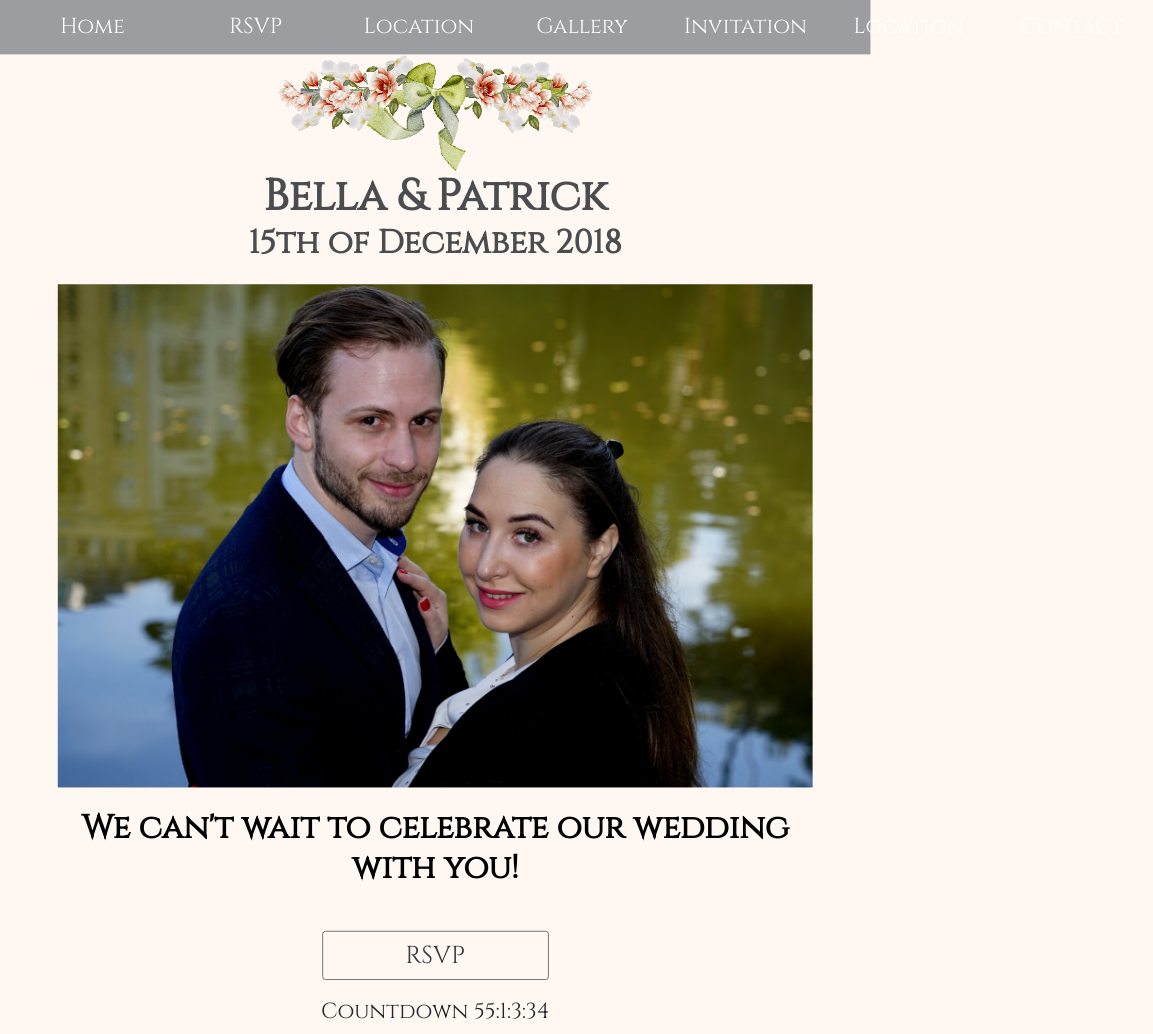
Repository: PMeiler/weddingApp
Page: http://localhost/
The author's editor kept a record of every edit. The page is drawn from the files as they stood at one moment, then again after the next edit.
The browser window is 1280 px wide. The page is 1696 px wide, so the pictures cover 1696 px, including what lies to the right of the window. The pictures show the whole page, at 68% of full size.
Some web fonts or font styles are not loaded; a fallback is used. The page is served by the project's Node server (index.js). Other server files are loaded and not shown.

Above is the page before.

### views/public/index.ejs
<% include partials/header %>


	<div class="container" style="margin:2rem auto;">
		<img src="pic4.jpeg" class="img-fluid" alt="Responsive image">
	</div>

	<div class="container">
		<h1 class="display-4" id="titleLine" style="font-size:3rem;color:black">We can't wait to celebrate our wedding with you!</h1>
	</div>

	<div class="jumbotron jumbotron-fluid">
		<div class="container">
			<form action="./form" method="GET" id="RSVPFRM" style="width:30%; margin:0 auto;">
				<div class="form-group">
					<button style="width:100%;margin:0 auto;" class="btn btn-outline-dark btn-lg" type="submit" id="RSVP">RSVP</button>
				</div>
			</form>
		</div>
	</div>

<% include partials/footer %>

### views/public/partials/header.ejs
<!DOCTYPE html>
<html>
<head>
	<title>From Grinberg to Meiler</title>
	<link rel="stylesheet" href="https://stackpath.bootstrapcdn.com/bootstrap/4.1.3/css/bootstrap.min.css" integrity="sha384-MCw98/SFnGE8fJT3GXwEOngsV7Zt27NXFoaoApmYm81iuXoPkFOJwJ8ERdknLPMO" crossorigin="anonymous">

	<!-- <link href="https://fonts.googleapis.com/css?family=Great+Vibes&amp;subset=latin-ext" rel="stylesheet">  -->
  	<link rel="stylesheet" href="CSS/style.css">
<link href="https://fonts.googleapis.com/css?family=Charmonman|Cinzel|Comfortaa|Dancing+Script|KoHo" rel="stylesheet">

</head>
<body>
<script src="Javascript/script.js"></script>



<nav class="navbar navbar-expand-lg navbar-dark bg-dark" id="navcolor">

  <button style="border-color:white;border-width:2px;height:4rem;font-size:2rem;" class="navbar-toggler" type="button" data-toggle="collapse" data-target="#navbarSupportedContent" aria-controls="navbarSupportedContent" aria-expanded="false" aria-label="Toggle navigation">
    <span style="color:white;" class="navbar-toggler-icon"></span>
  </button>
  	  <div class="collapse navbar-collapse" id="navbarSupportedContent">
	    <ul class="navbar-nav" style="margin:0 auto">
	      <li class="nav-item active">
	        <a class="nav-link" href="/">Home</a>
	      </li>
	      <li class="nav-item">
	        <a class="nav-link" href="./form">RSVP</a>
	      </li>
	       <li class="nav-item">
	        <a class="nav-link" href="./location">Location</a>
	      </li>
	      <li class="nav-item">
	        <a class="nav-link" href="./galery">Gallery</a>
	      </li>
	      <li class="nav-item">
	        <a class="nav-link" href="./invitation">Invitation</a>
	      </li>
	      <li class="nav-item">
	        <a class="nav-link" href="./location">Location</a>
	      </li>
	      <li class="nav-item">
	        <a class="nav-link" href="./hotelinfo">Contact</a>
	      </li>
	    </ul>
  </div>



</nav>

  	<div class="container">
			<img id="headofsite" src="blumen.png">
			<h1 class="display-4" id="titleLine" style="font-size:4rem;">Bella & Patrick</h1>
			<h1 class="display-4" id="titleLine" style="font-size:3rem;">15th of December 2018 </h1>
	</div>

### views/public/partials/footer.ejs
	<div class="cntdwn">
		<span class="countdown"></span>
	</div>
</div>


<script src="https://code.jquery.com/jquery-3.3.1.slim.min.js" integrity="sha384-q8i/X+965DzO0rT7abK41JStQIAqVgRVzpbzo5smXKp4YfRvH+8abtTE1Pi6jizo" crossorigin="anonymous"></script>
<script src="https://cdnjs.cloudflare.com/ajax/libs/popper.js/1.14.3/umd/popper.min.js" integrity="sha384-ZMP7rVo3mIykV+2+9J3UJ46jBk0WLaUAdn689aCwoqbBJiSnjAK/l8WvCWPIPm49" crossorigin="anonymous"></script>
<script src="https://stackpath.bootstrapcdn.com/bootstrap/4.1.3/js/bootstrap.min.js" integrity="sha384-ChfqqxuZUCnJSK3+MXmPNIyE6ZbWh2IMqE241rYiqJxyMiZ6OW/JmZQ5stwEULTy" crossorigin="anonymous"></script>
<script src="Javascript/scriptform.js"></script>
</body>
</html>

### index.js
var express = require("express");
var mongoose = require("mongoose");
var bodyParser = require("body-parser");
var Guest = require("./models/Guest.js")
var app = express();
var PORT = process.env.PORT || 3000;

const CONN_STRING3 = "mongodb://pmeiler:Axion912@ds237373.mlab.com:37373/weddingapp"
const CONN_STRING2 = "mongodb+srv://daedalus87:3LGrFX2olvYwoDLz!A1A2A3@cluster0-ms8bj.mongodb.net/test?retryWrites=true"
const CONN_STRING = "mongodb://daedalus87:3LGrFX2olvYwoDLz!A1A2A3@cluster0-shard-00-00-ms8bj.mongodb.net:27017,cluster0-shard-00-01-ms8bj.mongodb.net:27017,cluster0-shard-00-02-ms8bj.mongodb.net:27017/test?ssl=true&replicaSet=Cluster0-shard-0&authSource=admin&retryWrites=true"
app.set("view engine","ejs");
mongoose.connect(CONN_STRING3);
app.use(express.static(__dirname+"/public"));
app.use(bodyParser.urlencoded({extended: false}));

//GET-INDEX
app.get("/",function(req,res){
	res.render("./public/index")
});

//GET-ROUTE to find Form
app.get("/form",function(req,res){
	res.render("./public/form");
});

//POST-ROUTE for saving the rsvp Data
app.post("/form",function(req,res){

	var name = req.body.name;
	var numb = req.body.numb;
	var email = req.body.email;
	var tel = req.body.tel;
	var coming = req.body.coming;
	var guests = "";
	for(var i=0;i<=numb-2;i++){
		guests = guests + req.body["gname" + i] + "  // ";
	}
	Guest.create({
				name:name,
			    number: numb,
			    email: email,
			    tel:tel,
			    coming:coming,
			    guests:guests
				},function(err,guest){
					if(err){
						console.log(err);
						res.render("/form",{message:"Fehler"})
					}else{
						console.log(guest);
						res.redirect("/thanks");
					}
				});
	console.log(req.body);
	console.log(name+ " " + numb + " " + email +" " + tel + " " + coming);

});

//Contact
app.get("/hotelinfo",function(req,res){
	res.render("./public/contact");
});

//admin
app.get("/pasjimasjiadmin",function(req,res){
	Guest.find({coming:"coming"}, function(err,guest){
		if(err){
			res.status(404).send(err);
		}else{
			res.render("./public/admin",{guest:guest});
		}
	});

});

//galery
app.get("/galery",function(req,res){
	res.render("./public/galery");
});

//galery
app.get("/thanks",function(req,res){
	res.render("./public/thanks");
});


//invitation
app.get("/invitation",function(req,res){
	res.render("./public/invitation");
});


//location
app.get("/location",function(req,res){
	res.render("./public/location");
});

//

app.listen(PORT, function(){
	console.log("Server is listening on " + PORT);
	console.log(__dirname);
});

### public/CSS/style.css
body{
	background:rgba(255,245,238,0.8);
    font-size: 12px;
   	font-family: 'Cinzel', serif;

}

#navcolor{
	background-color:rgba(155, 157, 160,1) !important;
}

#titleLine{
	text-align: center;
	color:rgba(74, 76, 79,1);
	font-size: 6rem;
	margin-top: 0rem;
	margin-bottom: 0rem;
}

#header{
	color:rgba(74, 76, 79,1);
	text-align: center;
	font-size: 3rem;
	font-weight: bold;
	margin-top: 0.01em;
}

.row.display-flex {
  display: flex;
  flex-wrap: wrap;
}
.thumbnail {
  height: 100%;
}

#RSVPFRM{
	justify-content:center;
	margin:0 auto;
}

#navcenter{
	margin-left: 37%;
	margin-top: 0.4%;
}


#RSVP{
	justify-content: center;
	margin: auto;
	/*height: auto;
	width: 200px;*/
	font-size: 300%;
}

.testy{
	height:50px;
	width:50px;
}

#navbarID{
	background: rgba(50,50,50,0.8) !important;
}

.navmenu {
	 margin: 0 auto;
}
#slight{
	margin-top: 4rem;
}
.nav-link{
	color: rgba(255, 255, 255,1) !important;
	font-size: 2rem;
	display: flex;
	justify-content: center;
}

.img-thumbnail{
	padding: 0rem;
	margin-top: 1rem;
	border: 0px solid #dee2e6;
	border-radius: 0rem;
	max-width: 100%;
	height: auto;
	margin: 0 auto;
	object-fit: cover;
}

.col-sm{
	padding-left: 0px;
	padding-right: 0px;
}

.jumbotron.jumbotron-fluid{
	background: transparent;
	color: black;
	/*margin:0 auto;*/
	margin-bottom: -5rem;

}

.display-4{
	color:purple;
}



.cntdwn{
	margin-top: 1.75%;
	margin-bottom: auto;
	align-items: center;
	display: flex;
	justify-content: center;
	font-size: 2rem;
	text-align: center;
}

#textali{
	text-align: center;
	font-size: 2rem;
	margin-top: 1em;
	font-family: 'KoHo', sans-serif;
}


.nav-link:hover{
	color: black !important;
}

#headofsite{
	margin-left: auto;
	margin-right: auto;
	display: block;
}
.former{
	margin-top: 200px;
}
.form-control{
	font-size:1.5rem;
}
#cont{
	position: center;
	margin-top: 3%;
	height: 37em;
	color: white;
	border: 0.1px solid grey;
	border-radius: 5rem;
}

#radiobtn{
	font-size: 1.5rem;
}

#cont2{
	position: center;
	margin-top: 3%;
	height: 38rem;
	color: white;
	border: 0.1px solid grey;
	border-radius: 5rem;
}

.jumbotron{
	background-color: rgba(0,0,0,0.4);
}

.display-4{
	color:white;
	font-weight: bold;
	text-align: center;
}

.lead{
	font-size: 150%;
	text-align: center;
}

.nav.nav-center {
    margin:0;
    float:none;
}

.navbar-inner{
    text-align:center;
}


.nav.navbar-nav {
	display: flex;
	justify-content: center;
	flex-wrap: wrap;

}
@media (min-width: 768px) {
	.navbar-nav {
		float: none;
	}
}
li{
	margin: 0 auto;
	width:20em;
}

### public/Javascript/script.js
//alert("test")
//var endDat = new Date("December 15,2018,18:00:00");

window.setInterval(function(){
 var timeObj = getTimes(new Date("December 15,2018,18:00:00"),new Date());
 $(".countdown").text("Countdown " + timeObj.days + ":" + timeObj.hours + ":" + timeObj.minutes + ":" + timeObj.seconds);
 //console.log(timeObj.hours + ":" + timeObj.minutes + ":" + timeObj.seconds );
}, 1000);



function getTimes(endDate, startDate){
	var delta = Math.abs(endDate - startDate) / 1000;
	// calculate (and subtract) whole days
	var days = Math.floor(delta / 86400);
	delta -= days * 86400;
	// calculate (and subtract) whole hours
	var hours = Math.floor(delta / 3600) % 24;
	delta -= hours * 3600;
	// calculate (and subtract) whole minutes
	var minutes = Math.floor(delta / 60) % 60;
	delta -= minutes * 60;
	// what's left is seconds
	var seconds = Math.floor(delta % 60);  // in theory the modulus is not required

	var timeObj = {
					days:
						days,
					hours:
						hours,
					minutes:
					   	minutes,
					seconds:
					   	seconds
				   	};
	return timeObj;
}

### public/Javascript/scriptform.js
//alert("test")
//var endDat = new Date("December 15,2018,18:00:00");


$("#numb").change(function(){
	$(".addedItem").remove();
	var numbVal = $("#numb").val();
	if(numbVal>1){
		numbVal-=1;
		var content = "";
		console.log("Loop begins:")
		for(var i=0;i<=numbVal-1;i++){
			content = "<div class='form-group'> ";
			content = content + "<input class='form-control addedItem' type='text' name='gname" + i + "' placeholder='First Name and Last Name' required>";
			content=content + " </div>";
			$("#numbGroup").before(content);
		}
	}

});

After the next edit:
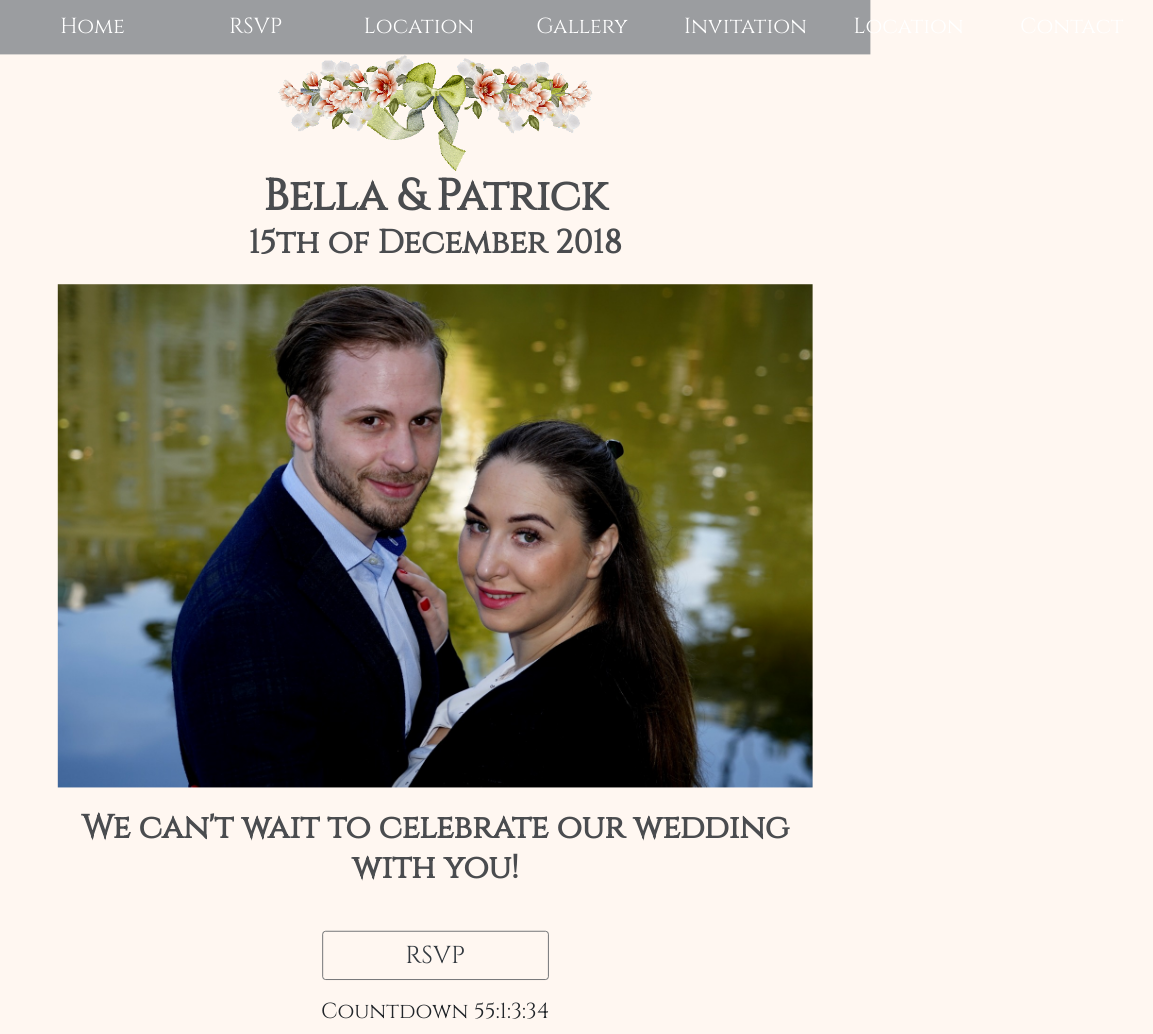
The edit:
--- a/views/public/index.ejs
+++ b/views/public/index.ejs
@@ -6,7 +6,7 @@
 	</div>
 
 	<div class="container">
-		<h1 class="display-4" id="titleLine" style="font-size:3rem;color:black">We can't wait to celebrate our wedding with you!</h1>
+		<h1 class="display-4" id="titleLine" style="font-size:3rem">We can't wait to celebrate our wedding with you!</h1>
 	</div>
 
 	<div class="jumbotron jumbotron-fluid">
